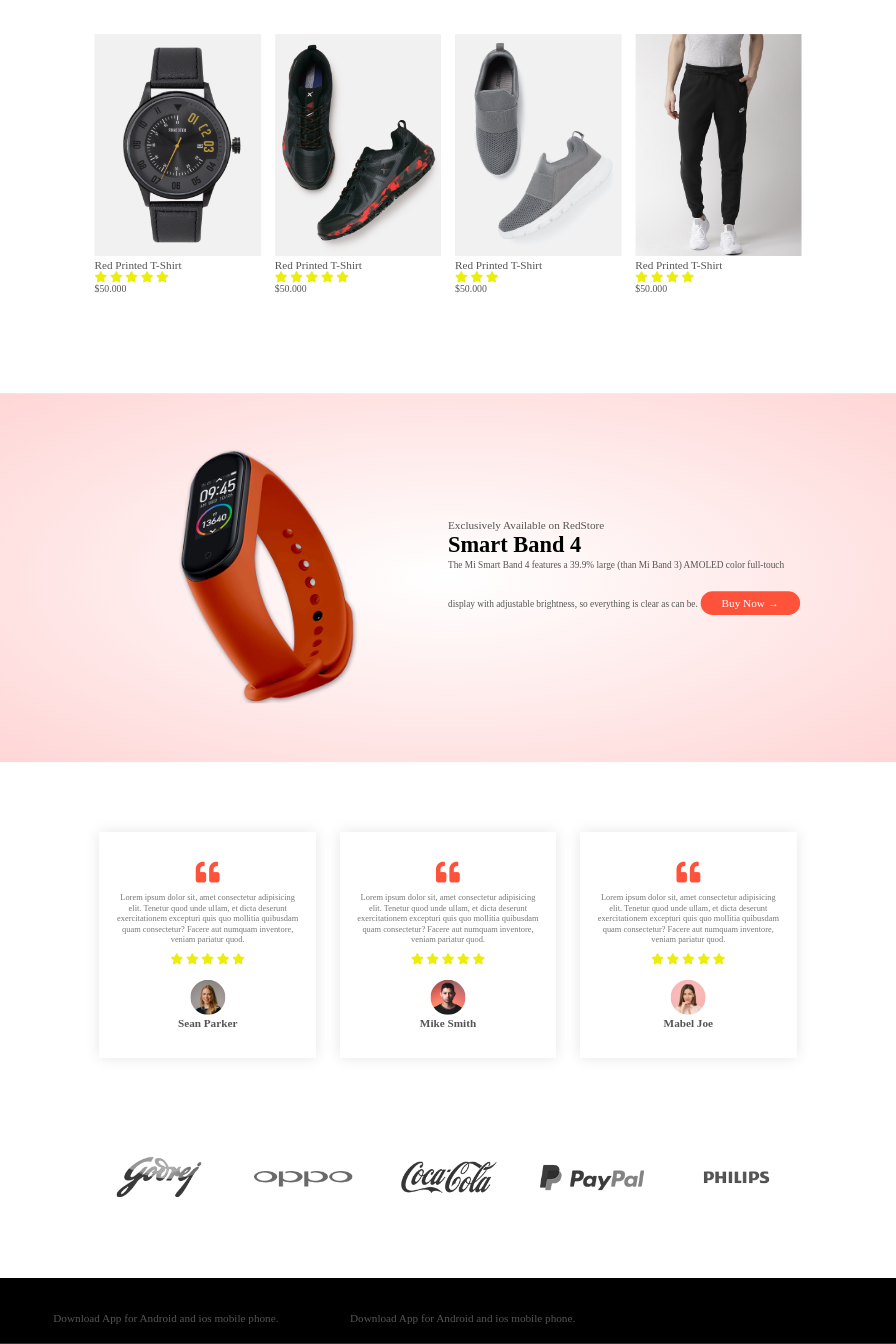
Repository: tuan21052000/Frontend
Page: index.html
An editor plug-in stored every save of this project. The page is shown before and after a run of saves, followed by the edit.
The browser window is 1280 px wide. The pictures show the part of the page from y = 2424 to 4344 px (the page is 4344 px tall), at 70% of full size.

Above is the page before, as saved 2022-05-09 21:34:43.

After the next 2 saves:
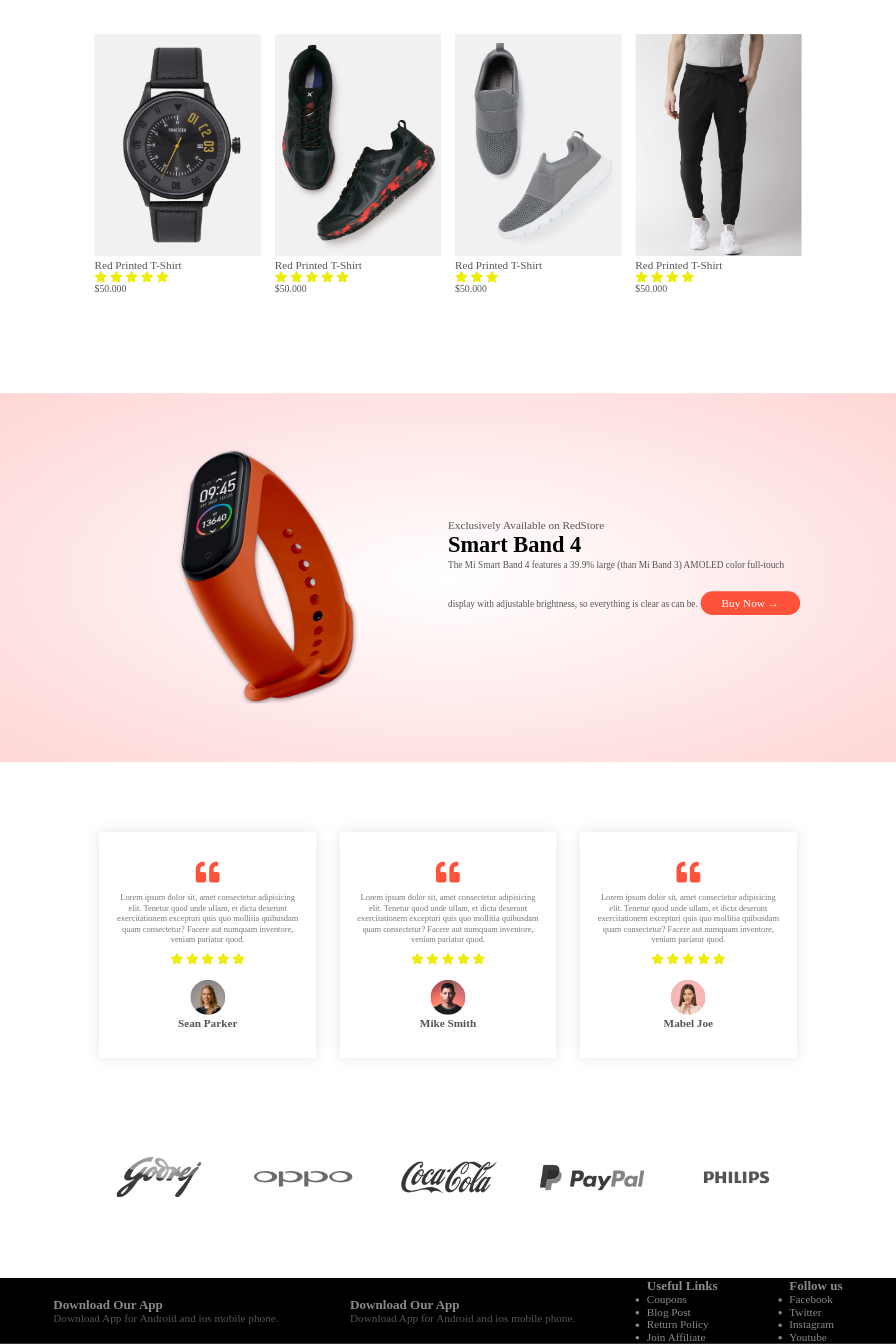
The 2 saves are shown as one change because they came seconds apart.
The last was saved 8 s later.
--- a/style.css
+++ b/style.css
@@ -187,4 +187,5 @@
 /* ------------footer------------- */
 .footer{
     background: #000;
+    color: #8a8a8a;
 }
